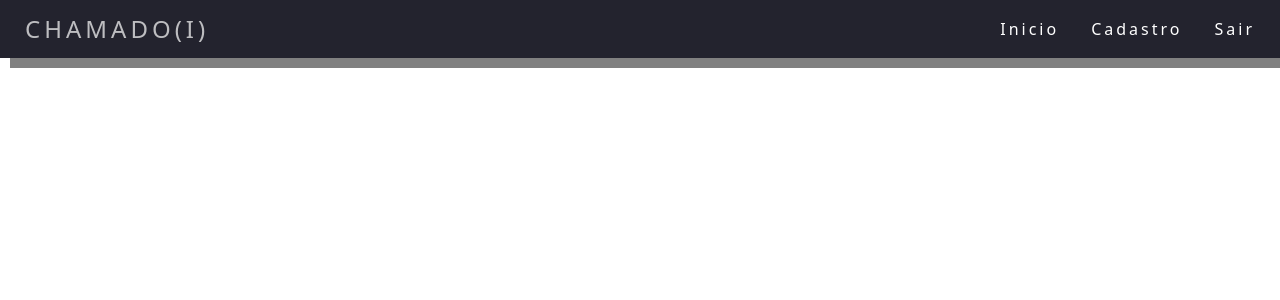
Repository: isaquemc2001/isaque-utilities
Page: index.html
The author's editor kept a copy of each file at every save. The page is drawn from the files as they stood at one save, then again after the next save.
The browser window is 1280 px wide. The pictures show the whole page.

Above is the page before, as saved 2021-10-28 11:44:24.

### index.html
<!DOCTYPE html>
<html lang="pt-br">

<head>
    <meta charset="UTF-8">
    <meta http-equiv="X-UA-Compatible" content="IE=edge">
    <meta name="viewport" content="width=device-width, initial-scale=1.0">
    <title>Chamado</title>
    <script src="https://cdn.jsdelivr.net/npm/bootstrap@5.0.2/dist/js/bootstrap.bundle.min.js"
        integrity="sha384-MrcW6ZMFYlzcLA8Nl+NtUVF0sA7MsXsP1UyJoMp4YLEuNSfAP+JcXn/tWtIaxVXM"
        crossorigin="anonymous"></script>
    <link rel="stylesheet" href="style.css">
</head>

<body>

    <header>
        <nav>
            <a class="logo" href="#">Chamado(i)</a>
            <div class="mobile-menu">
                <div class="line1"></div>
                <div class="line2"></div>
                <div class="line3"></div>
            </div>
            <ul class="nav-list">
                <li><a href="#">Inicio</a></li>
                <li><a href="#">Cadastro</a></li>
                <li><a href="#">Sair</a></li>
            </ul>
        </nav>
    </header>



    <script src="mobile_navbar.js"></script>

</body>

</html>

### style.css
* {
    margin: 0;
    padding: 0;
}

a {
    color: #FFFFFF;
    text-decoration: none;
    transition: 0.3s;
}

a:hover {
    opacity: 0.7;
}

.logo {
    font-size: 24px;
    text-transform: uppercase;
    letter-spacing: 4px;
    padding: 25px;
}

nav {
    display: flex;
    justify-content: space-between;
    align-items: center;
    font-family: system-ui, -apple-system, Helvetica, Arial, sans-serif;
    background: #23232e;
    height: 8vh;
    box-shadow: 10px 10px grey;
}

main {
    background: url("bg.jpg") no-repeat center center;
    background-size: cover;
    height: 92vh;
}

.nav-list {
    list-style: none;
    display: flex;
    padding: 25px;
    ;
}

.nav-list li {
    letter-spacing: 3px;
    margin-left: 32px;
}

.mobile-menu {
    display: none;
    cursor: pointer;
}

.mobile-menu div {
    width: 32px;
    height: 2px;
    background: #fff;
    margin: 8px;
    transition: 0.3s;
}

@media (max-width: 999px) {
    body {
        overflow-x: hidden;
    }
    .nav-list {
        position: absolute;
        top: 8vh;
        right: 0;
        width: 50vw;
        height: 92vh;
        background: #23232e;
        flex-direction: column;
        align-items: center;
        transform: translate(100%);
        transition: transform 0.3s ease-in;
    }
    .nav-list li {
        margin-left: 0;
        opacity: 0;
        letter-spacing: 3px;
        margin-top: 32px;
    }
    .mobile-menu {
        display: block;
        padding: 25px;
    }
}

.nav-list.active {
    transform: translateX(0);
}

@keyframes navLinkFade {
    from {
        opacity: 0;
        transform: translateX(50px);
    }
    to {
        opacity: 1;
        transform: translateX(0);
    }
}

.mobile-menu.active .line1 {
    transform: rotate(-45deg) translate(-8px, 8px);
}

.mobile-menu.active .line2 {
    opacity: 0;
}

.mobile-menu.active .line3 {
    transform: rotate(45deg) translate(-6px, -6px);
}

### mobile_navbar.js
class MobileNavbar {
    constructor(mobileMenu, navList, navLinks) {
        this.mobileMenu = document.querySelector(mobileMenu);
        this.navList = document.querySelector(navList);
        this.navLinks = document.querySelectorAll(navLinks);
        this.activeClass = "active";

        this.handleClick = this.handleClick.bind(this);
    }

    animateLinks() {
        this.navLinks.forEach((link, index) => {
            link.style.animation
            ? (link.style.animation = "")
            : (link.style.animation = 'navLinkFade 0.5s ease forwards 0.3s');
        });
    }

    handleClick() {
        this.navList.classList.toggle(this.activeClass);
        this.mobileMenu.classList.toggle(this.activeClass);
        this.animateLinks();
    }

    addClickEvent() {
        this.mobileMenu.addEventListener("click", this.handleClick);
    }

    init() {
        if (this.mobileMenu) {
            this.addClickEvent();
        }
        return this;
    }
}

const mobileNavbar = new MobileNavbar(
    ".mobile-menu",
    ".nav-list",
    ".nav-list li",
);

mobileNavbar.init();

After the next save:
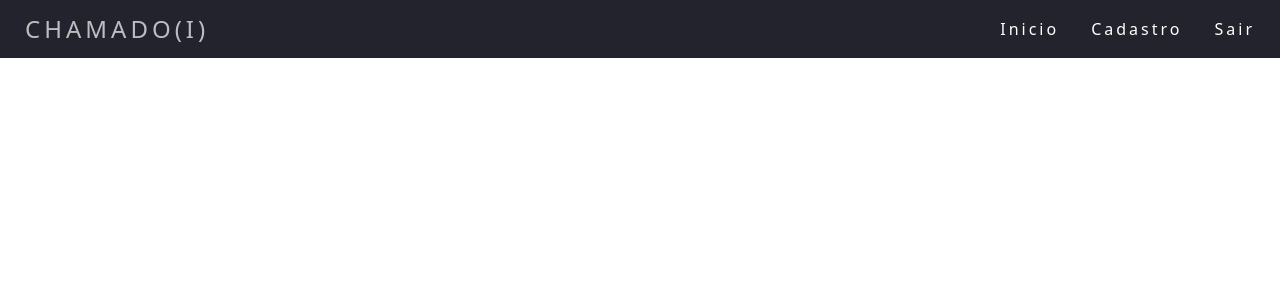
Saved 33 s later.
--- a/style.css
+++ b/style.css
@@ -27,7 +27,7 @@ nav {
     font-family: system-ui, -apple-system, Helvetica, Arial, sans-serif;
     background: #23232e;
     height: 8vh;
-    box-shadow: 10px 10px grey;
+    box-shadow: 10px, 10px, grey;
 }
 
 main {
